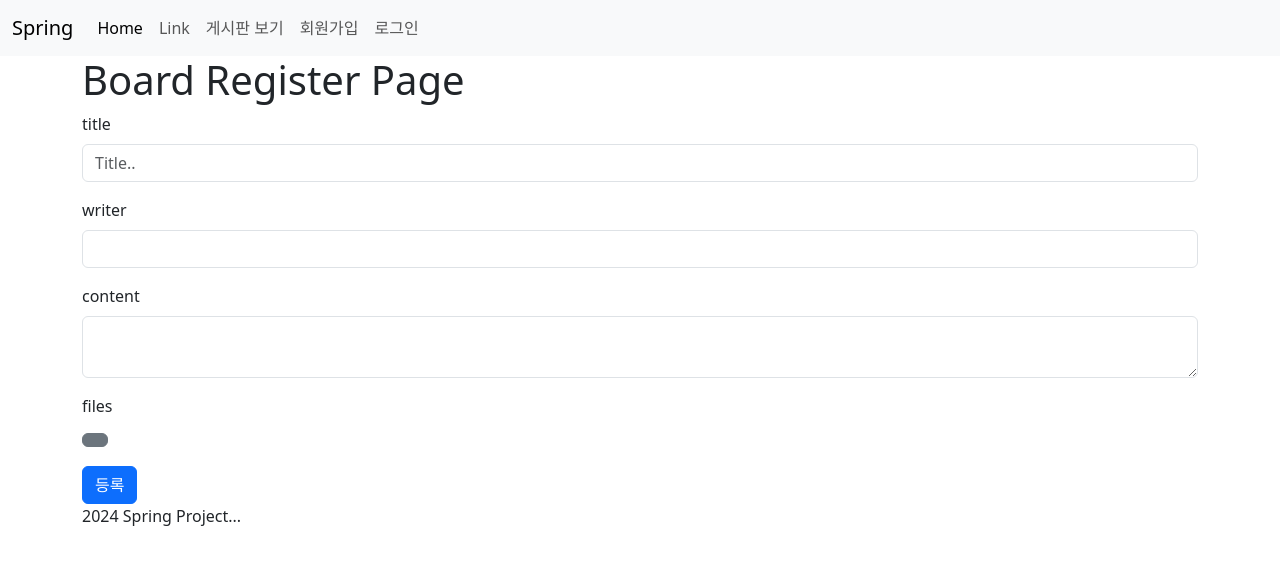
Repository: gajami-kim/240430_Spring_Study
Page: http://localhost/spring_study/WEB-INF/views/board/register.jsp
An editor plug-in stored every save of this project. The page is shown before and after the next save, followed by the edit.
The browser window is 1280 px wide. The pictures show the whole page.
The page is served by Tomcat 9. Nobody is signed in. The template is opened directly, without the code that normally fills it, so the values that code supplies are empty.

Above is the page before, as saved 2024-04-29 01:36:33.

After the next save:
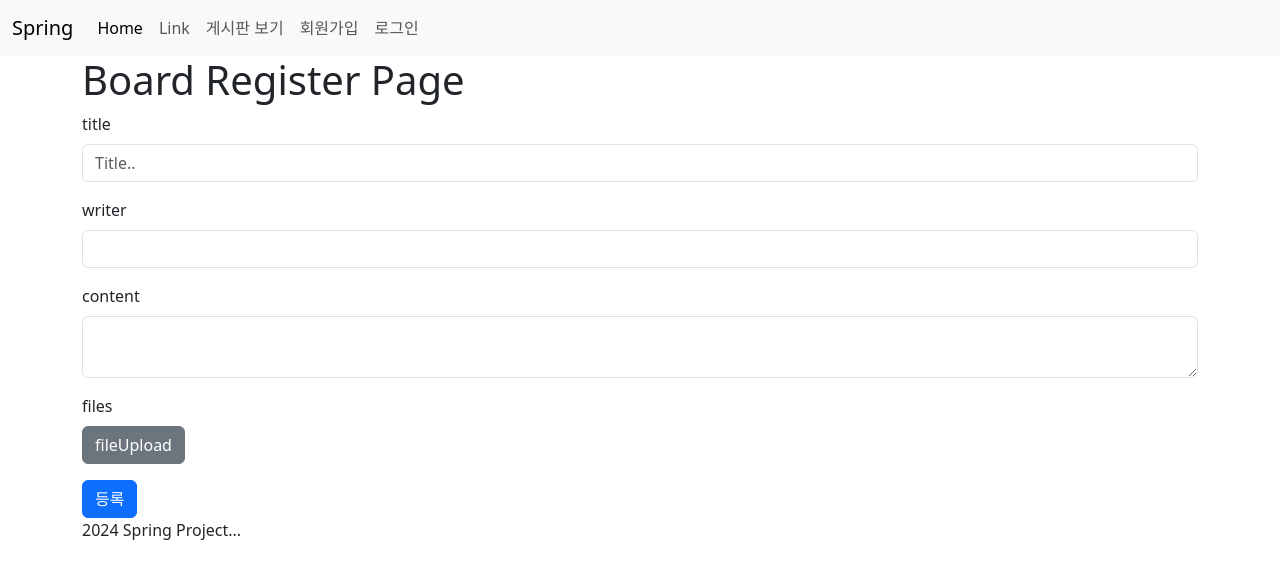
Saved 16 s later.
--- a/spring_study/src/main/webapp/WEB-INF/views/board/register.jsp
+++ b/spring_study/src/main/webapp/WEB-INF/views/board/register.jsp
@@ -23,7 +23,7 @@
 		<div class="mb-3">
 		  <label for="file" class="form-label">files</label>
 		  <input type="file" class="form-control" name="files" id="file" multiple="multiple" style="display: none"> <br>
-		  <button type="button" class="btn btn-secondary"></button>
+		  <button type="button" class="btn btn-secondary">fileUpload</button>
 		</div>
 		<button type="submit" class="btn btn-primary">등록</button>
 	</form>
